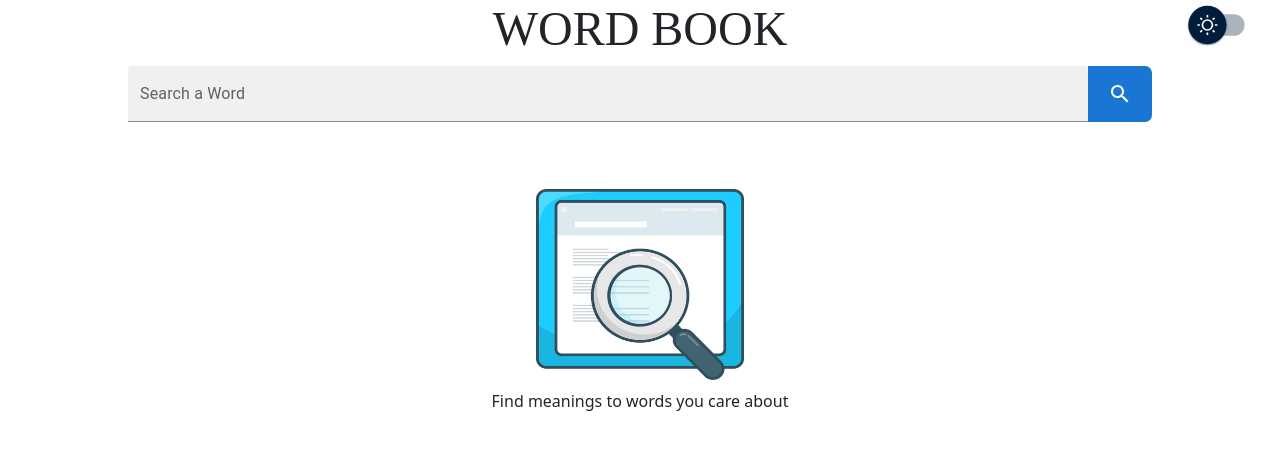
Repository: marveldev/my-dictionary
Page: /
An editor plug-in stored every save of this project. The page is shown before and after the next save, followed by the edit.
The browser window is 1280 px wide. The pictures show the whole page.
The project was rebuilt for these pictures with package versions that can differ from the ones it lists, and the page was loaded fresh each time. Also part of the build but not shown: src/components/themeSwitcher/MUISwitch.jsx.

Above is the page before, as saved 2022-05-29 18:01:19.

### public/index.html
<!DOCTYPE html>
<html lang="en">
  <head>
    <meta charset="utf-8" />
    <meta name="viewport" content="width=device-width, initial-scale=1" />
    <meta name="theme-color" content="#000000" />
    <meta name="description" content="Web site created using create-react-app" />
    <link
      href="https://cdn.jsdelivr.net/npm/bootstrap@5.1.3/dist/css/bootstrap.min.css"
      rel="stylesheet"
      integrity="sha384-1BmE4kWBq78iYhFldvKuhfTAU6auU8tT94WrHftjDbrCEXSU1oBoqyl2QvZ6jIW3"
      crossorigin="anonymous"
    />
    <link rel="apple-touch-icon" href="./icon-192x192.png" />
    <link rel="icon" href="./icon-192x192.png" />
    <link rel="manifest" href="./manifest.json" />
    <title>My Dictionary</title>
  </head>
  <body>
    <noscript>You need to enable JavaScript to run this app.</noscript>
    <div id="root"></div>
  </body>
</html>

### src/index.js
import React from 'react'
import ReactDOM from 'react-dom'
import App from './App'
import swDev from './swDev'
import './index.css'

ReactDOM.render(
  <React.StrictMode>
    <App />
  </React.StrictMode>,
  document.getElementById('root'),
)
swDev()

### src/App.js
import { useState } from 'react'
import { createTheme } from '@mui/material'
import { Form, Output, ThemeSwitcher } from './components'

const App = () => {
  const [definitions, setDefinitions] = useState([])
  const [appMode, setAppMode] = useState('online')
  const [isLoading, setIsLoading] = useState(null)

  const storedTheme = localStorage.getItem('theme') || 'light'
  const [theme, setTheme] = useState(storedTheme)

  const themePalette = createTheme({
    palette: {
      mode: theme,
    },
  })

  return (
    <div className={`${theme} app`}>
      <div className="top-column top-0 w-100 pb-4">
        <ThemeSwitcher setTheme={setTheme} theme={theme} themePalette={themePalette} />
        <h1 className="text-center">{definitions?.word || 'WORD BOOK'}</h1>
        <Form
          setDefinitions={setDefinitions}
          themePalette={themePalette}
          setAppMode={setAppMode}
          setIsLoading={setIsLoading}
        />
      </div>

      <Output definitions={definitions} appMode={appMode} isLoading={isLoading} />
    </div>
  )
}

export default App

### src/swDev.js
export default function swDev() {
  let swUrl = `${process.env.PUBLIC_URL}/sw.js`
  navigator.serviceWorker.register(swUrl).then(response => {
    console.warn("response", response)
  })
}

### src/index.css
body {
  margin: 0;
}

.app {
  width: 100%;
  height: 100vh;
  transition: all 0.5s linear 0s;
  overflow: auto;
}

.app::-webkit-scrollbar {
  display: none;
}

.theme-switcher {
  position: absolute;
  right: 1em;
  margin: 0.5em 0 1em;
}

.top-column {
  position: fixed;
  background: #fff;
  z-index: 1;
  transition: all 0.5s linear 0s;
}

h1 {
  font-size: 3em;
  font-family: 'Montserrat light', serif;
}

.form {
  width: 80%;
}

#searchButton {
  border-radius: 0 0.5em 0.5em 0;
  box-shadow: none;
}

.output {
  margin: 11.3em auto 0;
  padding-bottom: 1em;
}

.search-illustration {
  width: 13em;
  height: 13em;
  object-fit: contain;
}

.definition-header {
  padding: 1em 2em;
  font-family: 'Montserrat Medium', serif;
}

.volume-icon {
  transform: scale(1.8);
  color: #000;
}

.definitions-wrapper {
  width: 80%;
  background: #f0f0f0;
}

.definition {
  background: #3b5360;
}

button:active {
  transform: translateY(0.2em);
}

.dark {
  background: #282c34;
  color: #fff;
}

.dark #searchButton {
  background: #1174ff;
  color: #fff;
}

.dark .top-column {
  background: #282c34;
}

.dark .definitions-wrapper {
  background: #3b3f46;
}

.dark .definition {
  background: #355c6c;
}

.dark .volume-icon {
  color: #fff;
}

@media screen and (max-width: 628px) {
  .form {
    width: 95%;
  }

  .output {
    margin-top: 12em;
  }

  .definition-header {
    padding: 0.5em 0;
  }

  .definitions-wrapper {
    width: 95%;
    padding: 0 1em;
  }
}

### src/components/index.js
export { default as Form } from './form/Form'
export { default as Output } from './output/Output'
export { default as ThemeSwitcher } from './themeSwitcher/ThemeSwitcher'

### src/components/form/Form.jsx
import { useState } from 'react'
import debounce from 'lodash.debounce'
import wordList from 'word-list-json'
import { TextField, ThemeProvider, Autocomplete, Button } from '@mui/material'
import SearchIcon from '@mui/icons-material/Search'

const Form = ({ setDefinitions, themePalette, setIsLoading, setAppMode }) => {
  const [filteredWords, setFilteredWords] = useState([])
  const [word, setWord] = useState('')

  const url = `https://api.dictionaryapi.dev/api/v2/entries/en/${word}`

  const doWordFilter = debounce(value => {
    if(value.trim().length >= 1) {
      const wordFilter = wordList?.filter(word => word.startsWith(value.toLowerCase())).slice(0, 30)
      setFilteredWords(wordFilter)
    } else {
      setFilteredWords([])
      setWord('')
      setDefinitions([])
    }
  }, 300)

  const fetchDefinition = async event => {
    event?.preventDefault()
    if (word.trim().length >= 1) {
      setIsLoading(true)

      try {
        const response = await fetch(url)
        const data = await response.json()
        if (data) {
          setIsLoading(null)
          setDefinitions(data[0])
          setAppMode('online')
        }
      } catch (error) {
        setAppMode('offline')
        setDefinitions([])
      }
    }
  }

  return (
    <ThemeProvider theme={themePalette}>
      <>
        <Autocomplete
          freeSolo
          disableClearable
          options={filteredWords.map(word => word)}
          onChange={(event, value) =>
            setWord(value)
          }
          renderInput={params =>
            <form
              className="form d-flex m-auto"
              onSubmit={event => fetchDefinition(event)}
            >
              <TextField
                {...params}
                variant="filled"
                label="Search a Word"
                onChange={event => doWordFilter(event.target.value)}
              />
              <Button type="submit" variant="contained" id="searchButton">
                <SearchIcon />
              </Button>
            </form>
          }
        />
      </>
    </ThemeProvider>
  )
}

export default Form

### src/components/output/Output.jsx
import { IconButton } from '@mui/material'
import VolumeUpIcon from '@mui/icons-material/VolumeUp'
import { searchIllustration, loader } from '../assets'

const Output = ({ definitions, isLoading, appMode }) => {
  const playWord = (url) => {
    const audio = new Audio(url)
    audio?.play()
  }

  return (
    <div className="output">
      {isLoading && appMode === 'online' && (
        <div className="text-center">
          <img src={loader} alt="loading" />
        </div>
      )}

      {!isLoading && (
        <>
          {!definitions && (
            <div className="text-center fs-4 px-4">
              😞 we couldn't find definitions for the word you are looking for.
            </div>
          )}

          {definitions?.length <= 0 && (
            <div className="text-center">
              <img src={searchIllustration} className="search-illustration" alt="search illustration" />
              <p>Find meanings to words you care about</p>
            </div>
          )}

          {definitions?.meanings && (
            <div className="definitions-wrapper m-auto pb-4 rounded">
              <div className="definition-header d-flex align-items-center gap-3">
                {definitions.phonetics[0]?.audio && (
                  <IconButton onClick={() => playWord(definitions.phonetics[0]?.audio)}>
                    <VolumeUpIcon className="volume-icon" />
                  </IconButton>
                )}
                <div>
                  <p className="m-0 fs-5">{definitions?.word}</p>
                  {definitions?.phonetic && <p className="m-0">{definitions?.phonetic}</p>}
                </div>
              </div>
              <ul className="mx-lg-5 ps-0">
                {definitions?.meanings.map((meaning, index) => (
                  <li key={index}>
                    <p>"partOfSpeech": {meaning.partOfSpeech}</p>
                    {meaning.definitions?.map((data, index) => (
                      <div key={index} className="definition text-white rounded p-2 mb-3">
                        <p className="fw-bold">{data.definition}</p>
                        <p>
                          <span className="me-2 fw-bold">Example:</span>
                          {data.example}
                        </p>
                        <p className="mb-0">
                          <span className="me-2 fw-bold">Synonyms:</span>
                          {data.synonyms.join(', ')}
                        </p>
                      </div>
                    ))}
                  </li>
                ))}
              </ul>
            </div>
          )}
        </>
      )}

      {appMode === 'offline' && (
        <div className="text-center fs-4">😞 you are in offline mode or some issue with connection.</div>
      )}
    </div>
  )
}

export default Output

### src/components/themeSwitcher/ThemeSwitcher.jsx
import { FormControlLabel } from '@mui/material'
import { MaterialUISwitch } from './MUISwitch'

const ThemeSwitcher = ({ theme, setTheme, themePalette }) => {
  const switchTheme = () => {
    const currentTheme = theme === 'dark' ? 'light' : 'dark'
    setTheme(currentTheme)
    localStorage.setItem('theme', currentTheme)
  }

  return (
    <div className="theme-switcher">
      <FormControlLabel
        label=""
        control={
          <MaterialUISwitch
            theme={themePalette}
            onChange={switchTheme}
            checked={theme === 'dark' && true}
            aria-label="switch theme"
          />
        }
      />
    </div>
  )
}

export default ThemeSwitcher

### src/components/assets/index.js
export { default as searchIllustration } from './searchIllustration.png'
export { default as loader } from './loader.svg'

After the next save:
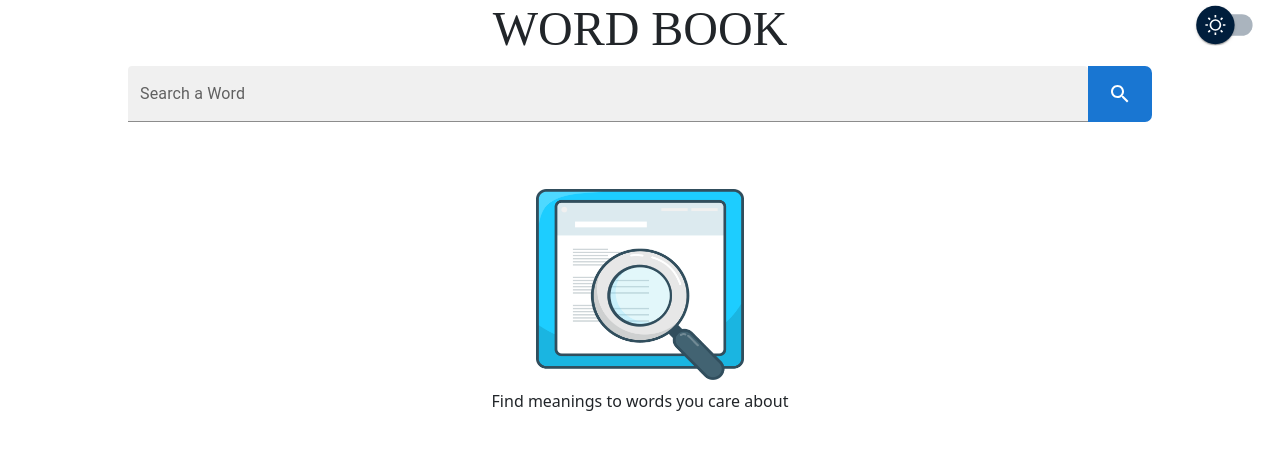
Saved 6 s later.
--- a/src/index.css
+++ b/src/index.css
@@ -15,7 +15,7 @@ body {
 
 .theme-switcher {
   position: absolute;
-  right: 1em;
+  right: 0.5em;
   margin: 0.5em 0 1em;
 }
 
